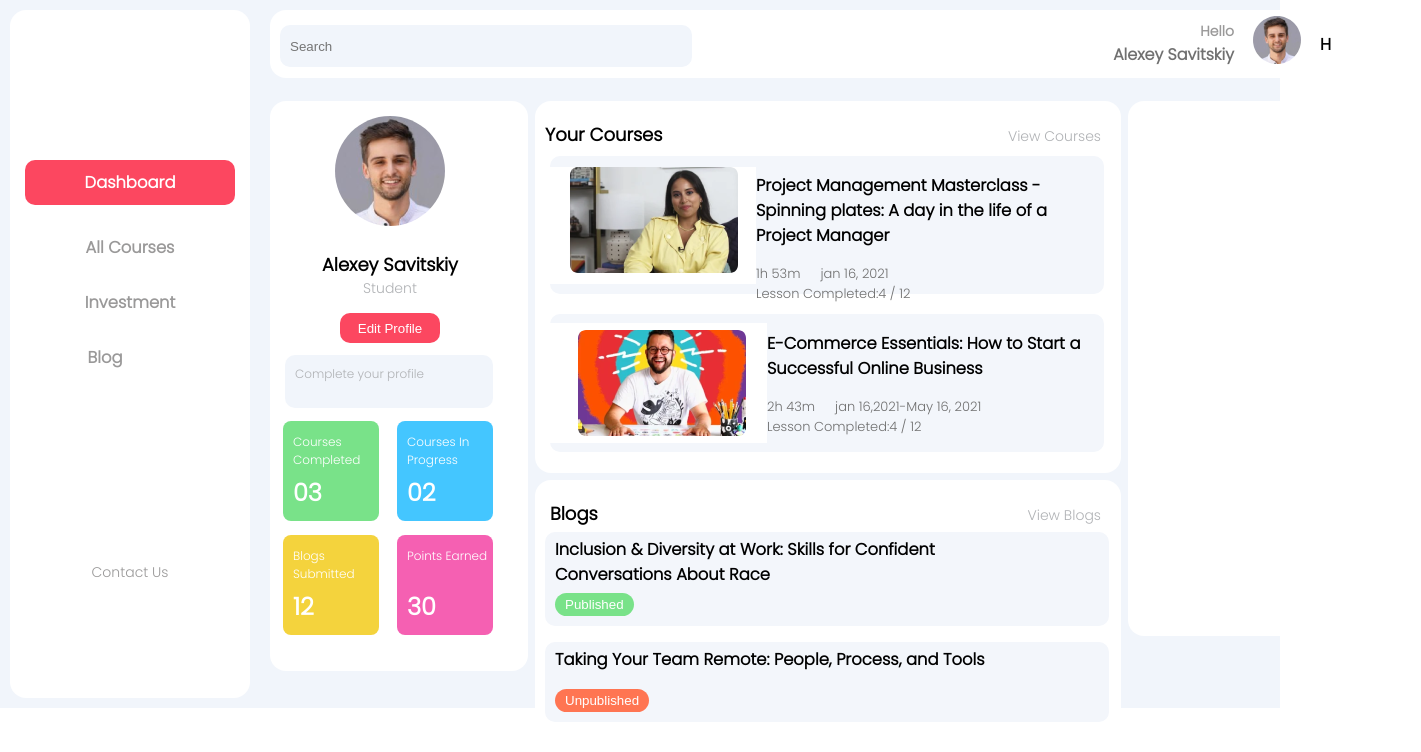
Repository: Anuruddha00/dashboard-design
Page: /
The author's editor kept a copy of each file at every save. The page is drawn from the files as they stood at one save, then again after the next save.
The browser window is 1280 px wide. The page is 1421 px wide, so the pictures cover 1421 px, including what lies to the right of the window. The pictures show the whole page.
The project was rebuilt for these pictures with package versions that can differ from the ones it lists, and the page was loaded fresh each time.

Above is the page before, as saved 2021-05-07 23:11:22.

### public/index.html
<!DOCTYPE html>
<html lang="en">
  <head>
    <meta charset="utf-8" />
    <link rel="icon" href="%PUBLIC_URL%/favicon.ico" />
    <meta name="viewport" content="width=device-width, initial-scale=1" />
    <meta name="theme-color" content="#000000" />
    <meta
      name="description"
      content="Web site created using create-react-app"
    />
    <link rel="apple-touch-icon" href="%PUBLIC_URL%/logo192.png" />

    <link rel="preconnect" href="https://fonts.gstatic.com">
    <link href="https://fonts.googleapis.com/css2?family=Poppins:wght@300&display=swap" rel="stylesheet">

    <!--
      manifest.json provides metadata used when your web app is installed on a
      user's mobile device or desktop. See https://developers.google.com/web/fundamentals/web-app-manifest/
    -->
    <link rel="manifest" href="%PUBLIC_URL%/manifest.json" />
    <!--
      Notice the use of %PUBLIC_URL% in the tags above.
      It will be replaced with the URL of the `public` folder during the build.
      Only files inside the `public` folder can be referenced from the HTML.

      Unlike "/favicon.ico" or "favicon.ico", "%PUBLIC_URL%/favicon.ico" will
      work correctly both with client-side routing and a non-root public URL.
      Learn how to configure a non-root public URL by running `npm run build`.
    -->
    <title>React App</title>
  </head>
  <body>
    <noscript>You need to enable JavaScript to run this app.</noscript>
    <div id="root"></div>
    <!--
      This HTML file is a template.
      If you open it directly in the browser, you will see an empty page.

      You can add webfonts, meta tags, or analytics to this file.
      The build step will place the bundled scripts into the <body> tag.

      To begin the development, run `npm start` or `yarn start`.
      To create a production bundle, use `npm run build` or `yarn build`.
    -->
  </body>
</html>

### src/index.js
import React from 'react';
import ReactDOM from 'react-dom';
import Dashboard from './containers/Dashboard/Dashboard';
import reportWebVitals from './reportWebVitals';

ReactDOM.render(
  <React.StrictMode>
    <Dashboard />
  </React.StrictMode>,
  document.getElementById('root')
);

// If you want to start measuring performance in your app, pass a function
// to log results (for example: reportWebVitals(console.log))
// or send to an analytics endpoint. Learn more: https://bit.ly/CRA-vitals
reportWebVitals();

### src/containers/Dashboard/Dashboard.scss

body{
    margin: 0;
    padding: 0;
    font-size: 0.875rem;
    font-family: 'Poppins', sans-serif;

}

.container{
    background: #f1f5fb;
    height: 100%;
    width: 100%;

    .dashboard{
        display: grid;
        grid-template-columns: 1fr 1fr;

        &SideBar{
            grid-column: 1;
            grid-row: 1 / 6;
            border-radius: 16px;
            background: #ffffff;
            margin: 10px;
            height: 688px;
            width: 240px;

            &Title{
                margin-top: 150px;
                font-size: 14px;

                &Dashboard{
                    background:#fc4760;
                    border-radius: 10px;
                    text-align: center;
                    padding: 10px 10px 10px 10px;
                    margin: 10px 15px 10px 15px;
                    color: #ffffff;

                }
                &Courses{
                    text-align: center;
                    margin-top: 30px;
                    color: #9a9999;
                }
                &Investment{
                    text-align: center;
                    margin-top: 30px;
                    color: #9a9999;
                }
                &Blog{
                    text-align: center;
                    margin-top: 30px;
                    margin-right: 50px;
                    color: #9a9999;
                }
            }
            &Contact{
                margin-top: 80%;

                p{
                    text-align: center;
                    color: #9a9999;
                    font-size: 14px;
                }

            }
        }
        &Menu{
            grid-column: 2;
            grid-row: 1 / 6;
            margin: 10px;

            .content{
                display: grid;
                grid-template-rows:1fr 7fr ;
                gap:10px;

                &Navbar{
                    display: flex;
                    justify-content: space-between;
                    background: #ffffff;
                    border-radius: 16px;
                    height: 68px;
                    width: 1151px;

                    &Search{

                        input{
                            background: #f1f5fb;
                            border-style: none;
                            padding-left: 10px;
                            width: 400px;
                            height: 40px;
                            margin: 15px 0 0 10px;
                            border-radius: 10px;

                        }
                    }
                    &Profile{
                        display: flex;
                        flex-direction: row;
                        gap: 1em;
                        margin-right: 90px;
                        align-items: center;
                        height: 68px;

                        &Name{
                            text-align: end;
                            margin-top: 0;

                            h3{
                                color: #9a9999;
                                margin: 0;
                                font-size: 14px;
                            }
                            h2{
                                margin: 0;
                                font-size: 16px;
                                color: #707070;
                            }
                        }
                    }
                }
                &Body{
                    display: grid;
                    grid-template-columns: 1fr 1fr 1fr;
                    position: relative;

                    .details{
                        border-radius: 16px;
                        background: #ffffff;


                        &About{
                            height:555px;
                            width: 240px;

                            &Profile{
                                text-align: center;
                                margin-top: 15px;


                                h3{
                                    font-size: 18px;
                                    margin: 0;
                                }
                                p{
                                    color: #b0b2b5;
                                    margin-top: 0;
                                }
                                button{
                                    border-style: none;
                                    border-radius: 10px;
                                    width: 100px;
                                    height: 30px;
                                    color: #ffffff;
                                    background: #fc4760;

                                }
                            }
                            &Complete{
                                background: #f1f5fb;
                                border-radius: 10px;
                                color: #b0b2b5;
                                height: 53px;
                                width: 208px;
                                font-size: 12px;
                                margin-left: 15px;

                                p{
                                    padding-left: 10px;
                                    padding-top: 10px;
                                }
                            }
                            &Progress{
                                display: grid;
                                grid-template-columns: 1fr 1fr;
                                margin: 13px;
                                gap: 1em;
                                color: #ffffff;

                                p{
                                    font-size: 12px;
                                    padding-left: 10px;
                                }


                                &Completed{
                                    background: #79e289;
                                    border-radius: 8px;
                                    width: 96px;
                                    height: 100px;
                                    position: relative;

                                    h1{
                                        font-size: 24px;
                                        position: absolute;
                                        left: 10px;
                                        top: 30px;
                                    }

                                }
                                &Continue{
                                    background:  #44c6ff;
                                    border-radius: 8px;
                                    width: 96px;
                                    height: 100px;
                                    position: relative;

                                    h1{
                                        font-size: 24px;
                                        position: absolute;
                                        left: 10px;
                                        top: 30px;
                                    }

                                }
                                &Blogs{
                                    background:  #f4d33d;
                                    border-radius: 8px;
                                    width: 96px;
                                    height: 100px;
                                    position: relative;

                                    h1{
                                        font-size: 24px;
                                        position: absolute;
                                        left: 10px;
                                        top: 30px;
                                    }
                                }
                                &Points{
                                    background: #f560b2;
                                    border-radius: 8px;
                                    width: 96px;
                                    height: 100px;
                                    position: relative;

                                    h1{
                                        font-size: 24px;
                                        position: absolute;
                                        left: 10px;
                                        top: 30px;
                                    }
                                }
                            }
                        }
                    }
                    .view{
                        margin-left: 7px;

                        .courses{
                            width: 586px;
                            height: 372px;
                            border-radius: 16px;
                            background: #ffffff;
                            position: relative;

                            &Navbar{
                                list-style: none;
                                display: flex;
                                justify-content: space-between;
                                height: 55px;

                                &Title{
                                    font-size: 18px;
                                    font-weight: bold;
                                    padding: 20px 0 0 10px;
                                }
                                &View{
                                    color: #b0b2b5;
                                    font-size: 14px;
                                    padding: 25px 20px;
                                }
                            }
                            &List{
                                padding: 0 5px 5px 5px;
                                display: flex;
                                flex-direction: column;

                                &Description{
                                    font-size: 14px;
                                }
                                &Duration{
                                    display: flex;
                                    list-style: none;
                                    font-size: 13px;
                                    color: #707070;

                                    li{
                                        margin-right: 20px;
                                    }
                                }

                                &Management{
                                    background: #f3f6fb;
                                    margin-left: 10px;
                                    border-radius: 10px;
                                    width: 554px;
                                    height: 138px;
                                    display: flex;
                                    flex-direction: row;
                                    position: relative;

                                    img{
                                        height: fit-content;
                                        width: fit-content;
                                        align-self: center;
                                    }

                                    p{
                                        margin: 0;
                                        color: #707070;
                                        font-size: 13px;
                                    }
                                }
                                &Business{
                                    background: #f3f6fb;
                                    margin-top: 20px;
                                    margin-left: 10px;
                                    border-radius: 10px;
                                    width: 554px;
                                    height: 138px;
                                    display: flex;
                                    flex-direction: row;
                                    position: relative;

                                    img{
                                        height: fit-content;
                                        width: fit-content;
                                        align-self: center;
                                    }
                                    &Duration{
                                        display: flex;
                                        list-style: none;
                                        font-size: 13px;
                                        color: #707070;

                                        li{
                                            margin-right: 20px;
                                        }
                                    }
                                    p{
                                        margin: 0;
                                        color: #707070;
                                        font-size: 13px;
                                    }
                                }
                            }
                        }
                        .blog{
                            width: 586px;
                            height: 272px;
                            border-radius: 16px;
                            background: #ffffff;
                            margin-top: 7px;
                            position: absolute;

                            &Navbar{
                                list-style: none;
                                display: flex;
                                justify-content: space-between;
                                height: 35px;

                                &Title{
                                    font-size: 18px;
                                    font-weight: bold;
                                    padding: 20px 0 0 15px;
                                }
                                &View{
                                    color: #b0b2b5;
                                    font-size: 14px;
                                    padding: 25px 20px;
                                }
                            }
                            &Content{
                                margin-left: 10px;

                                &Published{
                                    width: 554px;
                                    height: 94px;
                                    background: #f3f6fb;
                                    border-radius: 10px;
                                    padding-left: 10px;
                                    font-size: 14px;
                                    position: relative;

                                    h3{
                                        padding-top: 5px
                                    }
                                    button{
                                        position: absolute;
                                        bottom: 10px;
                                        background: #79e289;
                                        color: #ffffff;
                                        border-radius: 12px;
                                        border-style: none;
                                        padding: 4px 10px 4px 10px;
                                        cursor: pointer;

                                    }
                                }
                                &Unpublished{
                                    width: 554px;
                                    height: 80px;
                                    background: #f3f6fb;
                                    border-radius: 10px;
                                    padding-left: 10px;
                                    font-size: 14px;

                                    h3{
                                        padding-top: 5px
                                    }
                                    button{
                                        background: #ff7552;
                                        color: #ffffff;
                                        border-radius: 12px;
                                        border-style: none;
                                        padding: 4px 10px 4px 10px;
                                        cursor: pointer;

                                    }
                                }
                            }
                        }
                    }
                    .notification{
                        margin-left: 7px;

                        &Bar{
                            background: #ffffff;
                            width: 293px;
                            height: 535px;
                            border-radius: 16px;
                        }
                    }
                }
            }
        }
    }
}

Loaded but not shown: src/reportWebVitals.js (common file); src/containers/Dashboard/Dashboard.js (134 lines, source omitted)

After the next save:
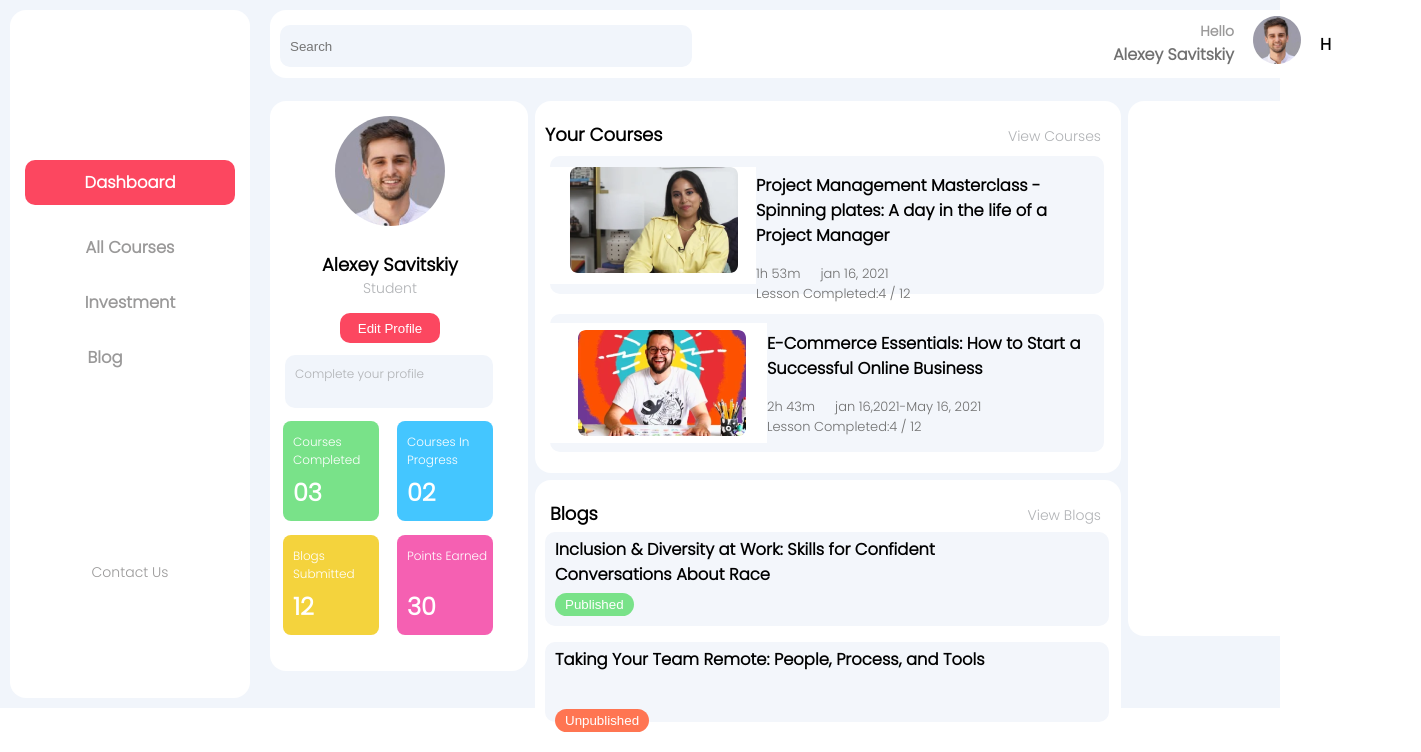
Saved 27 s later.
--- a/src/containers/Dashboard/Dashboard.scss
+++ b/src/containers/Dashboard/Dashboard.scss
@@ -413,6 +413,8 @@ body{
                                         padding-top: 5px
                                     }
                                     button{
+                                        position: absolute;
+                                        bottom: 20px;
                                         background: #ff7552;
                                         color: #ffffff;
                                         border-radius: 12px;

After the save that followed:
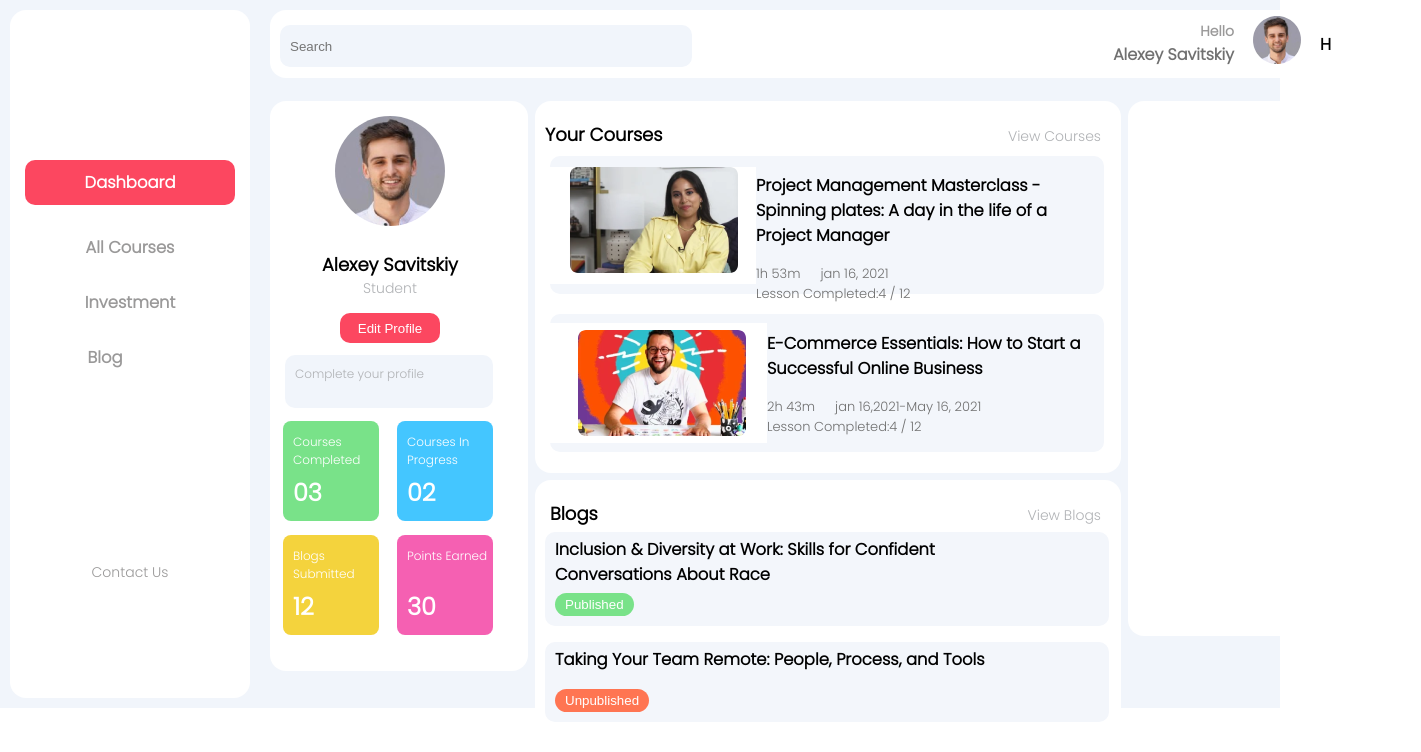
Saved 8 s later.
--- a/src/containers/Dashboard/Dashboard.scss
+++ b/src/containers/Dashboard/Dashboard.scss
@@ -414,7 +414,7 @@ body{
                                     }
                                     button{
                                         position: absolute;
-                                        bottom: 20px;
+
                                         background: #ff7552;
                                         color: #ffffff;
                                         border-radius: 12px;
